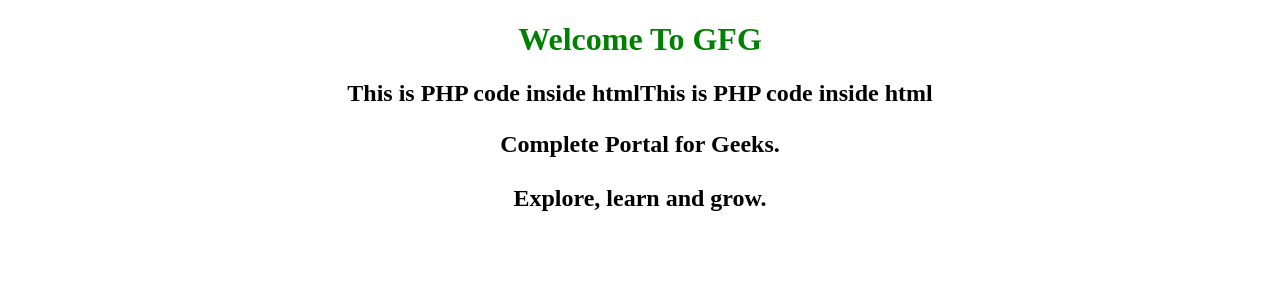
Repository: Akhilanishith/phpprojectgh
Page: http://localhost/example1.php
These files come from the project's save history. The page is drawn as it stood at one moment and after the next save; the edit follows.
The browser window is 1280 px wide. The pictures show the whole page.
The page is run by PHP 8.4 with error messages shown; the project is at /var/www/html/.

Above is the page before, as saved 2022-12-14 11:10:48.

After the next save:
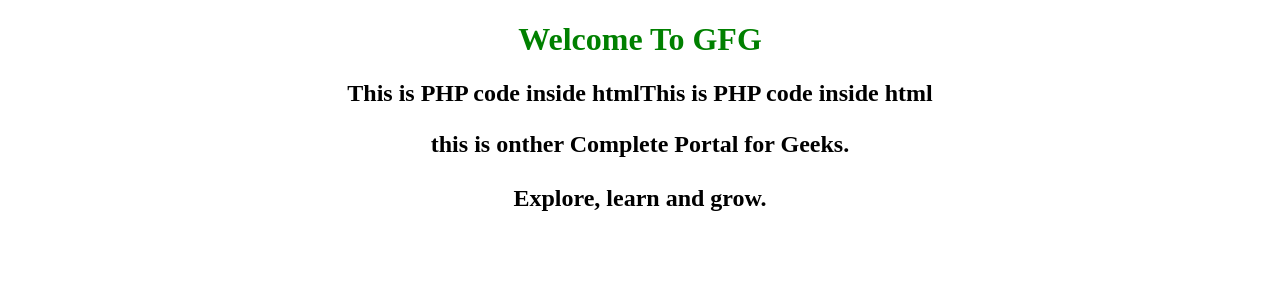
Saved 7 s later.
--- a/example1.php
+++ b/example1.php
@@ -22,7 +22,7 @@
             ?>
 
         <p>
-            <hi></hi>
+            <hi>this is onther </hi>
 <?php
 echo "Complete <strong>Portal</strong> for Geeks."
 ?>
